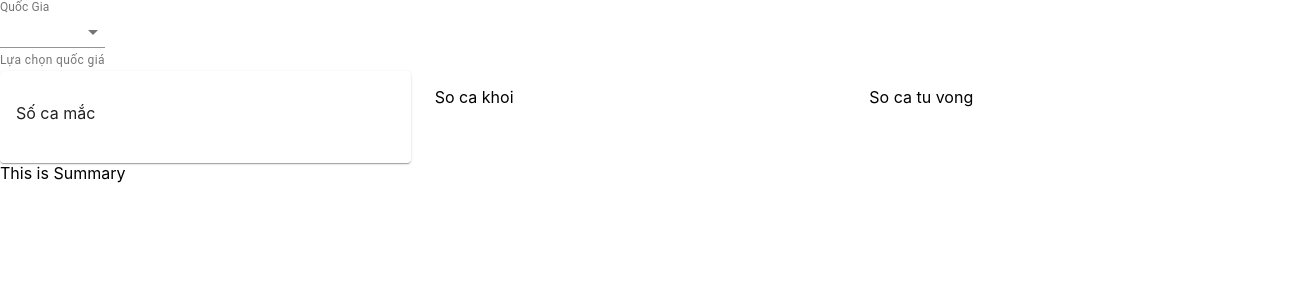
Repository: nguy3nds/covid-app
Page: /
An editor plug-in stored every save of this project. The page is shown before and after the next save, followed by the edit.
The browser window is 1280 px wide. The page is 1292 px wide, so the pictures cover 1292 px, including what lies to the right of the window. The pictures show the whole page.
The page's requests for data from a server got no answer. The project was rebuilt for these pictures with package versions that can differ from the ones it lists, and the page was loaded fresh each time. No one was signed in, and anything a server would have sent is missing.

Above is the page before, as saved 2021-10-08 02:58:22.

After the next save:
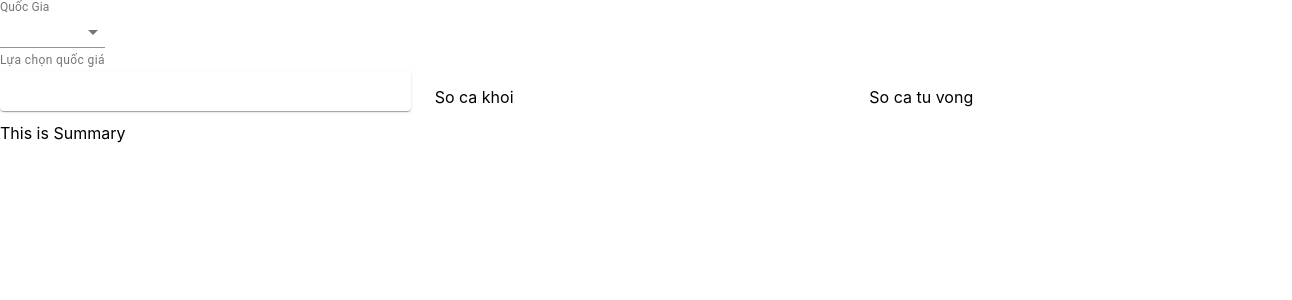
Saved 85 s later.
--- a/src/components/Highlight/index.js
+++ b/src/components/Highlight/index.js
@@ -1,12 +1,14 @@
 import React from "react";
-import { Grid, Card, CardContent } from "@material-ui/core";
+import { Grid, Card, CardContent, Typography } from "@material-ui/core";
 
 export default function Highlight() {
   return (
     <Grid container spacing={3}>
       <Grid item sm={4} xs={12}>
         <Card>
-          <CardContent component="p">Số ca mắc</CardContent>
+          <CardContent>
+            <Typography component="p" variant="body2"></Typography>
+          </CardContent>
         </Card>
       </Grid>
       <Grid item sm={4} xs={12}>
